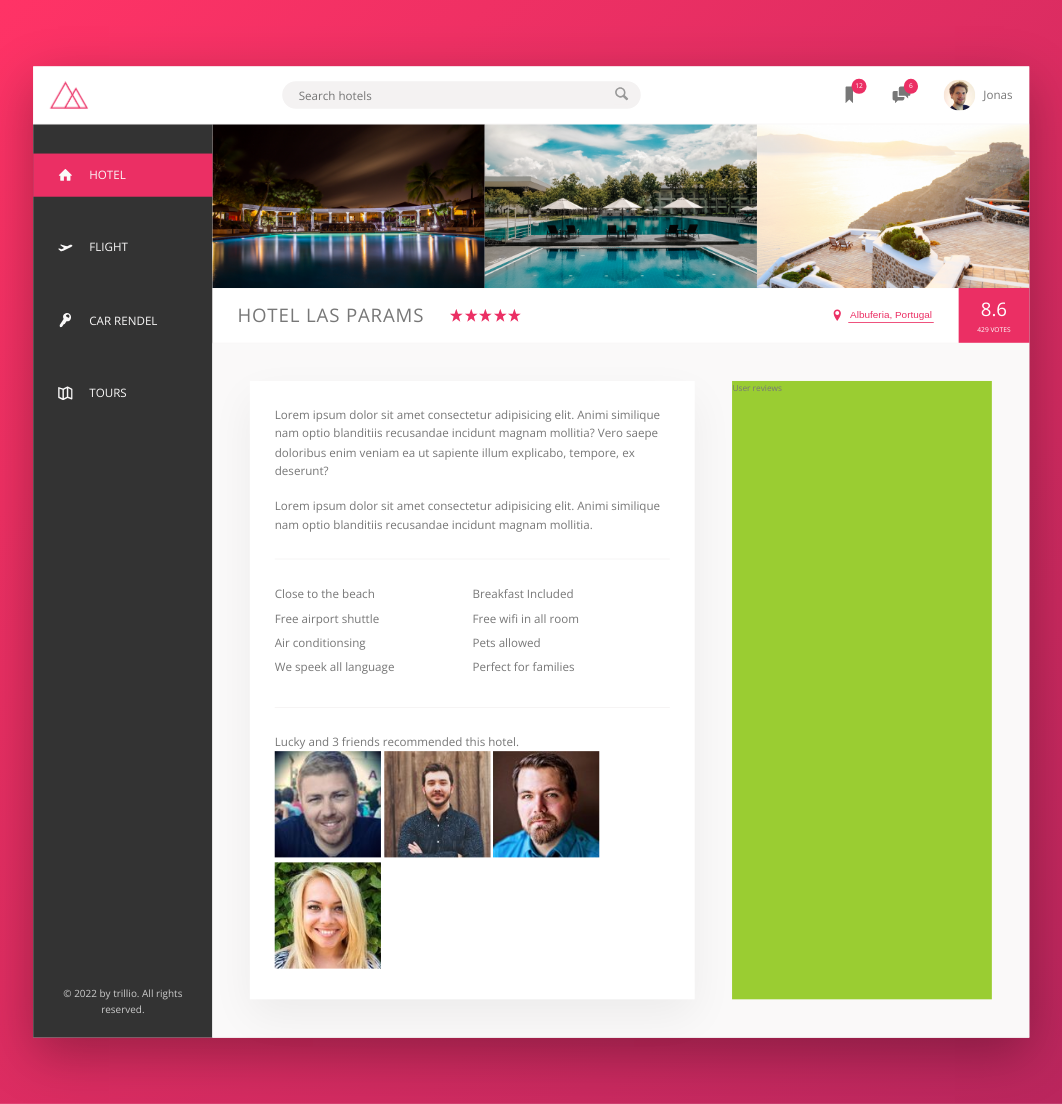
Repository: mohamediyas/flex_website
Page: index.html
An editor plug-in stored every save of this project. The page is shown before and after the next save, followed by the edit.
The browser window is 1280 px wide. The pictures show the whole page, at 83% of full size.
The style sheet was rebuilt from its Sass, Less or Tailwind sources for each picture, by a compiler version that may differ from the author's.

Above is the page before, as saved 2022-08-06 14:25:25.

After the next save:
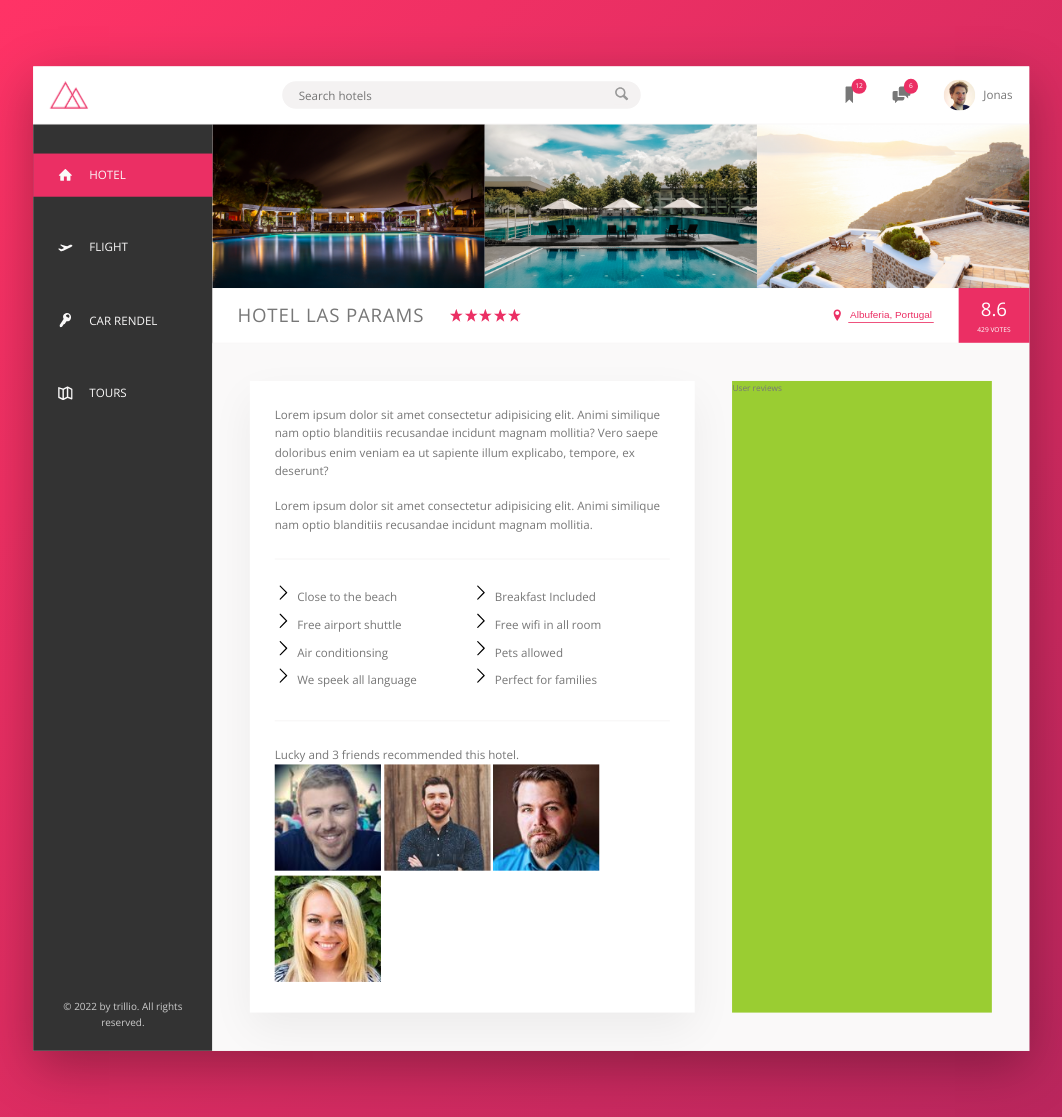
Saved 33 s later.
--- a/sass/_components.scss
+++ b/sass/_components.scss
@@ -265,6 +265,10 @@
 
   &__item::before {
     content: "";
+    display: inline-block;
+    height: 2rem;
+    width: 2rem;
+    margin-right: 0.7rem;
     background-image: url(../img/chevron-thin-right.svg);
   }
 }
